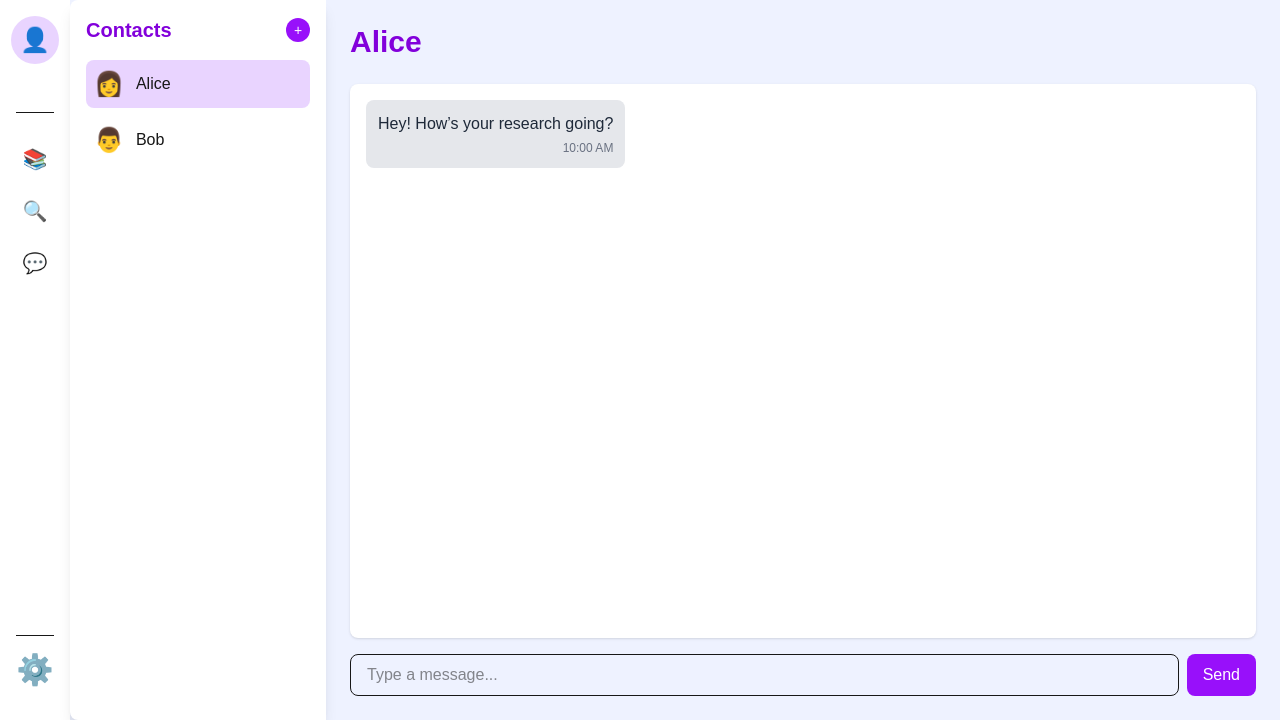
Repository: ramosfranz/bookie
Page: /chat
These files come from the project's save history. The page is drawn as it stood at one moment and after the next save; the edit follows.
The browser window is 1280 px wide. The pictures show the whole page.
The project was rebuilt for these pictures with package versions that can differ from the ones it lists, and the page was loaded fresh each time. The framework's server and built-in components were replaced by stand-ins that run in the browser. Also part of the build but not shown: next.config.ts, src/app/chat/AddContact.tsx.

Above is the page before, as saved 2025-11-21 11:45:45.

### src/app/layout.tsx
import type { Metadata } from "next";
import { Geist, Geist_Mono } from "next/font/google";
import "./globals.css";

const geistSans = Geist({
  variable: "--font-geist-sans",
  subsets: ["latin"],
});

const geistMono = Geist_Mono({
  variable: "--font-geist-mono",
  subsets: ["latin"],
});

export const metadata: Metadata = {
  title: "Bookie",
  description: "Generated by create next app",
};

export default function RootLayout({
  children,
}: Readonly<{
  children: React.ReactNode;
}>) {
  return (
    <html lang="en">
      <body
        className={`${geistSans.variable} ${geistMono.variable} antialiased`}
      >
        {children}
      </body>
    </html>
  );
}

### src/app/chat/page.tsx
"use client";

import { useState, useRef, useEffect } from "react";
import Sidebar from "../components/Sidebar";
import AddContactPopup from "./AddContact";

interface Message {
  id: string;
  sender: "user" | "other";
  content: string;
  timestamp: string;
}

interface Contact {
  id: string;
  name: string;
  avatar: string;
  messages: Message[];
}

export default function ChatPage() {
  const dummyUser = {
    id: "00000000-0000-0000-0000-000000000001",
    email: "test@example.com",
    username: "TestUser",
  };

  const user = dummyUser;
  const [activeTab, setActiveTab] = useState<
    "research" | "leisure" | "discover" | "chat"
  >("chat");

  const [contacts, setContacts] = useState<Contact[]>([
    {
      id: "c1",
      name: "Alice",
      avatar: "👩",
      messages: [
        {
          id: "1",
          sender: "other",
          content: "Hey! How’s your research going?",
          timestamp: "10:00 AM",
        },
      ],
    },
    {
      id: "c2",
      name: "Bob",
      avatar: "👨",
      messages: [
        {
          id: "2",
          sender: "other",
          content: "Did you see the latest AI paper?",
          timestamp: "10:05 AM",
        },
      ],
    },
  ]);

  const [selectedContactId, setSelectedContactId] = useState("c1");
  const [newMessage, setNewMessage] = useState("");
  const [showAddContactPopup, setShowAddContactPopup] = useState(false);

  const chatEndRef = useRef<HTMLDivElement | null>(null);
  const selectedContact = contacts.find((c) => c.id === selectedContactId)!;

  // Scroll to bottom
  useEffect(() => {
    chatEndRef.current?.scrollIntoView({ behavior: "smooth" });
  }, [selectedContact.messages]);

  const sendMessage = (text: string) => {
    if (!text.trim()) return;

    const timestamp = new Date().toLocaleTimeString([], {
      hour: "2-digit",
      minute: "2-digit",
    });

    const message: Message = {
      id: Math.random().toString(36).substr(2, 9),
      sender: "user",
      content: text,
      timestamp,
    };

    setContacts((prev) =>
      prev.map((c) =>
        c.id === selectedContactId
          ? { ...c, messages: [...c.messages, message] }
          : c
      )
    );

    setTimeout(() => {
      const aiMessage: Message = {
        id: Math.random().toString(36).substr(2, 9),
        sender: "other",
        content: "🤖 AI Response: I see! That’s interesting.",
        timestamp: new Date().toLocaleTimeString([], {
          hour: "2-digit",
          minute: "2-digit",
        }),
      };

      setContacts((prev) =>
        prev.map((c) =>
          c.id === selectedContactId
            ? { ...c, messages: [...c.messages, aiMessage] }
            : c
        )
      );
    }, 1000);
  };

  const handleSend = () => {
    sendMessage(newMessage);
    setNewMessage("");
  };

  const handleKeyPress = (e: React.KeyboardEvent<HTMLInputElement>) => {
    if (e.key === "Enter") handleSend();
  };

  // Sidebar collapse state
  const [isCollapsed, setIsCollapsed] = useState(false);

  return (
    <div className="min-h-screen flex bg-indigo-50 relative">
      <Sidebar activeTab={activeTab} user={user} />

      <main className="flex-1 flex relative">
        {/* CONTACTS SIDEBAR */}
        <div
          onClick={() => setIsCollapsed(!isCollapsed)}
          className={`bg-white shadow-lg rounded-l-lg flex flex-col transition-all duration-300 ${
            isCollapsed ? "w-16" : "w-64"
          }`}
        >
          <div className="p-4 flex flex-col flex-1">
            {!isCollapsed && (
              <div className="flex items-center justify-between mb-4">
                <h2 className="text-xl font-bold text-purple-700">Contacts</h2>

                {/* + BUTTON */}
                <button
                  onClick={(e) => {
                    e.stopPropagation();
                    setShowAddContactPopup(true);
                  }}
                  className="text-white bg-purple-600 hover:bg-purple-700 rounded-full w-6 h-6 flex items-center justify-center text-sm"
                >
                  +
                </button>
              </div>
            )}

            {/* CONTACT LIST */}
            <div className="flex flex-col gap-2 overflow-y-auto flex-1">
              {contacts.map((contact) => (
                <button
                  key={contact.id}
                  onClick={(e) => {
                    e.stopPropagation();
                    setSelectedContactId(contact.id);
                  }}
                  className={`flex items-center gap-3 p-2 rounded-lg text-left hover:bg-purple-100 transition ${
                    contact.id === selectedContactId ? "bg-purple-200" : ""
                  }`}
                >
                  <span className="text-2xl">{contact.avatar}</span>
                  {!isCollapsed && (
                    <span className="font-medium">{contact.name}</span>
                  )}
                </button>
              ))}
            </div>
          </div>
        </div>

        {/* CHAT VIEW */}
        <div className="flex-1 flex flex-col p-6">
          <h1 className="text-3xl font-bold text-purple-700 mb-6">
            {selectedContact.name}
          </h1>

          {/* CHAT LOG */}
          <div className="flex-1 overflow-y-auto bg-white p-4 rounded-lg shadow mb-4">
            {selectedContact.messages.map((msg) => (
              <div
                key={msg.id}
                className={`flex mb-3 ${
                  msg.sender === "user" ? "justify-end" : "justify-start"
                }`}
              >
                <div
                  className={`p-3 rounded-lg max-w-xs break-words ${
                    msg.sender === "user"
                      ? "bg-purple-600 text-white"
                      : "bg-gray-200 text-gray-800"
                  }`}
                >
                  <p>{msg.content}</p>
                  <span className="text-xs text-gray-500 block text-right mt-1">
                    {msg.timestamp}
                  </span>
                </div>
              </div>
            ))}
            <div ref={chatEndRef}></div>
          </div>

          {/* INPUT */}
          <div className="flex gap-2">
            <input
              type="text"
              placeholder="Type a message..."
              value={newMessage}
              onChange={(e) => setNewMessage(e.target.value)}
              onKeyPress={handleKeyPress}
              className="flex-1 px-4 py-2 rounded-lg border outline-none"
            />
            <button
              onClick={handleSend}
              className="px-4 py-2 bg-purple-600 text-white rounded-lg hover:bg-purple-700 transition"
            >
              Send
            </button>
          </div>
        </div>
      </main>

      {/* POPUP OVERLAY — IMPORTANT: placed here, not inside sidebar */}
      <AddContactPopup
  isOpen={showAddContactPopup}
  onClose={() => setShowAddContactPopup(false)}
  onAddFriend={(username) => {
    // Create a new contact
    const newId = "c" + Math.random().toString(36).substr(2, 5);

    setContacts((prev) => [
      ...prev,
      {
        id: newId,
        name: username,
        avatar: "👤",
        messages: [],
      },
    ]);

    setShowAddContactPopup(false);
  }}
  onCreateGroup={(groupName) => {
    // Create a group chat as a new contact
    const newId = "g" + Math.random().toString(36).substr(2, 5);

    setContacts((prev) => [
      ...prev,
      {
        id: newId,
        name: groupName + " (Group)",
        avatar: "👥",
        messages: [],
      },
    ]);

    setShowAddContactPopup(false);
  }}
/>

    </div>
  );
}

### src/app/components/Sidebar.tsx
"use client";

import { useState } from "react";
import Link from "next/link";

export default function Sidebar({ activeTab, user }) {
  const [isCollapsed, setIsCollapsed] = useState(true);

  // Prevent sidebar links from triggering collapse
  const handleLinkClick = (e: React.MouseEvent) => {
    e.stopPropagation();
  };

  return (
    <aside
      onClick={() => setIsCollapsed(!isCollapsed)}
      className={`${
        isCollapsed ? "w-[70px]" : "w-[180px]"
      } bg-white shadow-lg p-4 flex flex-col items-center transition-all duration-300 cursor-pointer`}
    >
      {/* Profile Section */}
      <Link href="/profile" onClick={handleLinkClick} className="mb-8 flex flex-col items-center">
        <div className="w-12 h-12 bg-purple-200 rounded-full flex items-center justify-center text-2xl">
          👤
        </div>
        {!isCollapsed && (
          <p className="mt-3 font-semibold text-purple-700">{user.username}</p>
        )}
      </Link>

      <div className="w-full border-t my-4"></div>

      {/* Tabs */}
      <nav className="flex flex-col items-center gap-6 mt-4">
        {/* Library */}
        <Link
          href="/dashboard"
          onClick={handleLinkClick}
          className={`flex flex-col items-center text-xl ${
            activeTab === "dashboard"
              ? "text-purple-600"
              : "text-gray-500 hover:text-gray-700"
          }`}
        >
          📚
          {!isCollapsed && <span className="text-sm mt-1">Library</span>}
        </Link>

        {/* Discover */}
        <Link
          href="/discover"
          onClick={handleLinkClick}
          className={`flex flex-col items-center text-xl ${
            activeTab === "discover"
              ? "text-purple-600"
              : "text-gray-500 hover:text-gray-700"
          }`}
        >
          🔍
          {!isCollapsed && <span className="text-sm mt-1">Discover</span>}
        </Link>

        {/* Chat */}
        <Link
          href="/chat"
          onClick={handleLinkClick}
          className={`flex flex-col items-center text-xl ${
            activeTab === "chat"
              ? "text-purple-600"
              : "text-gray-500 hover:text-gray-700"
          }`}
        >
          💬
          {!isCollapsed && <span className="text-sm mt-1">Chat</span>}
        </Link>
      </nav>

      <div className="w-full border-t my-4 mt-auto"></div>

      <button
        onClick={(e) => e.stopPropagation()}
        className="text-gray-500 hover:text-gray-700 text-3xl mb-4"
      >
        ⚙️
      </button>
    </aside>
  );
}

Loaded but not shown: src/app/globals.css (common file)

After the next save:
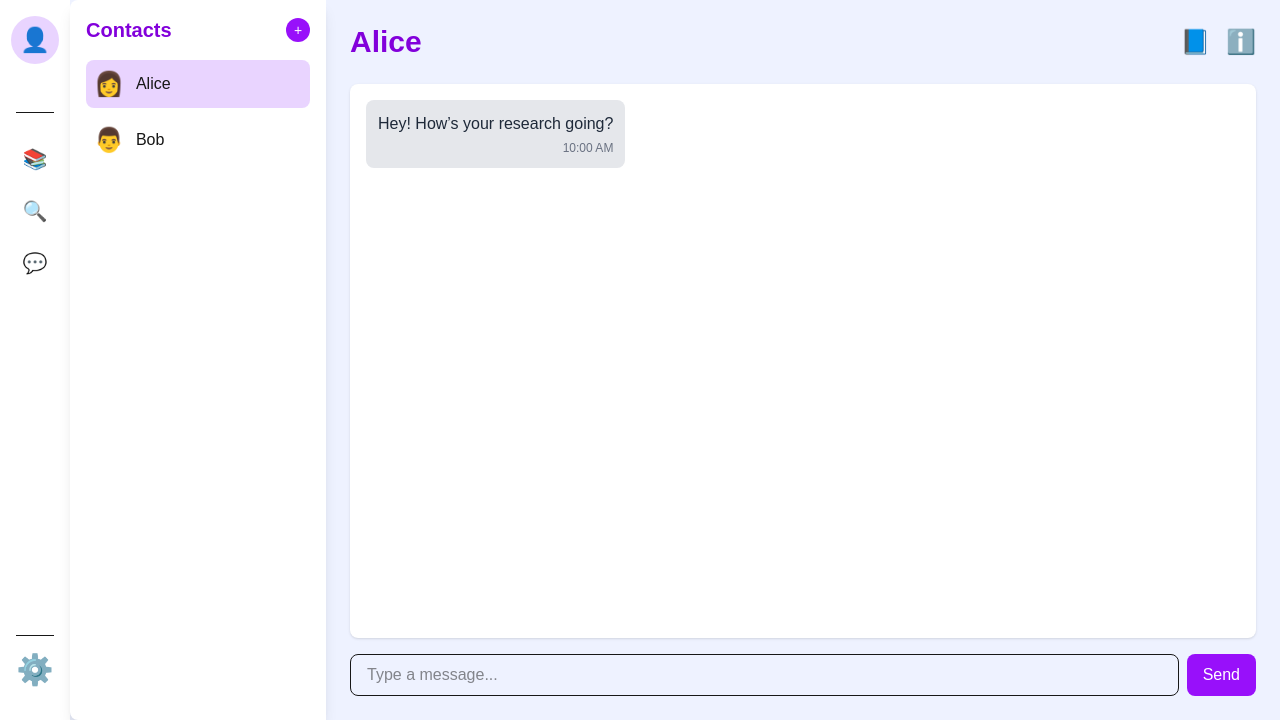
Saved 3 min 48 s later.
--- a/src/app/chat/page.tsx
+++ b/src/app/chat/page.tsx
@@ -182,9 +182,31 @@ export default function ChatPage() {
 
         {/* CHAT VIEW */}
         <div className="flex-1 flex flex-col p-6">
-          <h1 className="text-3xl font-bold text-purple-700 mb-6">
-            {selectedContact.name}
-          </h1>
+          {/* CHAT HEADER WITH ICONS ON OPPOSITE SIDE */}
+<div className="flex items-center justify-between mb-6 w-full">
+  {/* Left: Contact Name */}
+  <h1 className="text-3xl font-bold text-purple-700">
+    {selectedContact.name}
+  </h1>
+
+  {/* Right: Icons */}
+  <div className="flex items-center gap-4 text-2xl ml-auto">
+    <button
+      className="hover:text-purple-600 transition"
+      title="Study Mode"
+    >
+      📘
+    </button>
+
+    <button
+      className="hover:text-purple-600 transition"
+      title="Contact Info"
+    >
+      ℹ️
+    </button>
+  </div>
+</div>
+
 
           {/* CHAT LOG */}
           <div className="flex-1 overflow-y-auto bg-white p-4 rounded-lg shadow mb-4">
